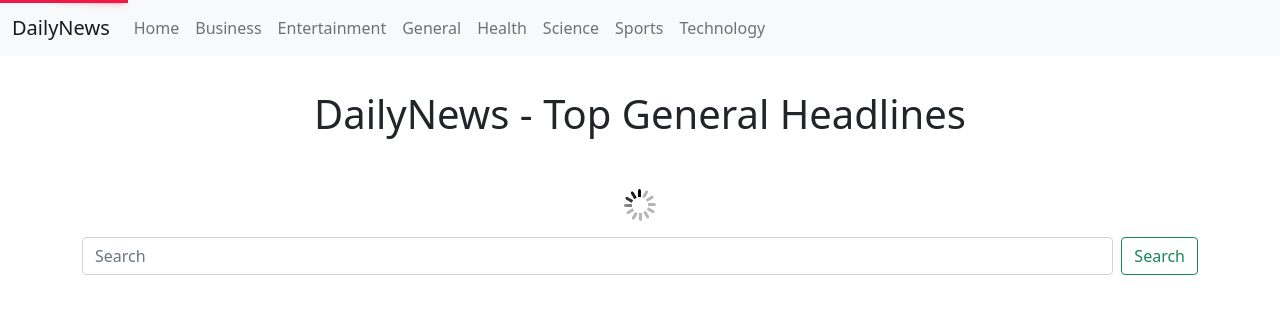
Repository: Bikki084/Daily_News
Page: /
These files come from the project's save history. The page is drawn as it stood at one moment and after a run of saves; the edit follows.
The browser window is 1280 px wide. The pictures show the whole page.
The page's requests for data from a server got no answer. The project was rebuilt for these pictures with package versions that can differ from the ones it lists, and the page was loaded fresh each time. No one was signed in, and anything a server would have sent is missing. Also part of the build but not shown: src/App.css, src/components/NewsItem.js.

Above is the page before, as saved 2021-12-22 23:07:35.

### public/index.html
<!DOCTYPE html>
<html lang="en">
  <head>
    <meta charset="utf-8" />
    <link rel="icon" href="%PUBLIC_URL%/favicon.ico" />
    <meta name="viewport" content="width=device-width, initial-scale=1" />
    <meta name="theme-color" content="#000000" />
    <meta
      name="description"
      content="DailyNews is a news app which can be used to grab quick daily news bites. If you are interested in news, weather, politics and sports news, newsmonkey is for you!"
    />
    <link rel="apple-touch-icon" href="%PUBLIC_URL%/logo192.png" />
    <!--
      manifest.json provides metadata used when your web app is installed on a
      user's mobile device or desktop. See https://developers.google.com/web/fundamentals/web-app-manifest/
    -->
    <link rel="manifest" href="%PUBLIC_URL%/manifest.json" />
    <link href="https://cdn.jsdelivr.net/npm/bootstrap@5.1.0/dist/css/bootstrap.min.css" rel="stylesheet" integrity="sha384-KyZXEAg3QhqLMpG8r+8fhAXLRk2vvoC2f3B09zVXn8CA5QIVfZOJ3BCsw2P0p/We" crossorigin="anonymous">
    <!--
      Notice the use of %PUBLIC_URL% in the tags above.
      It will be replaced with the URL of the `public` folder during the build.
      Only files inside the `public` folder can be referenced from the HTML.

      Unlike "/favicon.ico" or "favicon.ico", "%PUBLIC_URL%/favicon.ico" will
      work correctly both with client-side routing and a non-root public URL.
      Learn how to configure a non-root public URL by running `npm run build`.
    -->
    <title>DailyNews - Get your daily dose of news for free!</title>
  </head>
  <body>
    <noscript>You need to enable JavaScript to run this app.</noscript>
    <div id="root"></div>
    <!--
      This HTML file is a template.
      If you open it directly in the browser, you will see an empty page.

      You can add webfonts, meta tags, or analytics to this file.
      The build step will place the bundled scripts into the <body> tag.

      To begin the development, run `npm start` or `yarn start`.
      To create a production bundle, use `npm run build` or `yarn build`.
    -->
    <script src="https://cdn.jsdelivr.net/npm/@popperjs/core@2.9.3/dist/umd/popper.min.js" integrity="sha384-eMNCOe7tC1doHpGoWe/6oMVemdAVTMs2xqW4mwXrXsW0L84Iytr2wi5v2QjrP/xp" crossorigin="anonymous"></script>
    <script src="https://cdn.jsdelivr.net/npm/bootstrap@5.1.0/dist/js/bootstrap.min.js" integrity="sha384-cn7l7gDp0eyniUwwAZgrzD06kc/tftFf19TOAs2zVinnD/C7E91j9yyk5//jjpt/" crossorigin="anonymous"></script>
  </body>
</html>

### src/App.js
import './App.css';
import React, { useState } from 'react'
import NavBar from './components/NavBar';
import News from './components/News';
import {BrowserRouter as Router, Switch, Route} from "react-router-dom";
import LoadingBar from 'react-top-loading-bar'

const App = ()=> {
  const pageSize = 5;
  const apiKey = process.env.REACT_APP_NEWS_API
  const [progress, setProgress] = useState(0)

    return (
      <div>
        <Router>
        <NavBar/>

        <LoadingBar
        height={3}
        color='#f11946'
        progress={progress}
      />
        <Switch>
          <Route exact path="/"><News setProgress={setProgress} apiKey={apiKey} key="general" pageSize={pageSize} country="in" category="general"/></Route>
          <Route exact path="/business"><News setProgress={setProgress} apiKey={apiKey} key="business" pageSize={pageSize} country="in" category="business"/></Route>
          <Route exact path="/entertainment"><News setProgress={setProgress} apiKey={apiKey} key="entertainment" pageSize={pageSize} country="in" category="entertainment"/></Route>
          <Route exact path="/general"><News setProgress={setProgress} apiKey={apiKey} key="general" pageSize={pageSize} country="in" category="general"/></Route>
          <Route exact path="/health"><News setProgress={setProgress} apiKey={apiKey} key="health" pageSize={pageSize} country="in" category="health"/></Route>
          <Route exact path="/science"><News setProgress={setProgress} apiKey={apiKey} key="science" pageSize={pageSize} country="in" category="science"/></Route>
          <Route exact path="/sports"><News setProgress={setProgress} apiKey={apiKey} key="sports" pageSize={pageSize} country="in" category="sports"/></Route>
          <Route exact path="/technology"><News setProgress={setProgress} apiKey={apiKey} key="technology" pageSize={pageSize} country="in" category="technology"/></Route>
        </Switch>
        </Router>
      </div>
    )

}

export default App;

### src/components/NavBar.js
import React from 'react'
import { Link } from "react-router-dom";

const NavBar = () => {

    return (
        <div>
            <nav className="navbar fixed-top navbar-expand-lg navbar-light bg-light">
                <div className="container-fluid">
                    <Link className="navbar-brand" to="/">DailyNews</Link>
                    <button className="navbar-toggler" type="button" data-bs-toggle="collapse" data-bs-target="#navbarSupportedContent" aria-controls="navbarSupportedContent" aria-expanded="false" aria-label="Toggle navigation">
                        <span className="navbar-toggler-icon"></span>
                    </button>
                    <div className="collapse navbar-collapse" id="navbarSupportedContent">
                        <ul className="navbar-nav me-auto mb-2 mb-lg-0">
                            <li className="nav-item">
                                <Link className="nav-link" aria-current="page" to="/">Home</Link>
                            </li>
                            <li className="nav-item"><Link className="nav-link" to="/business">Business</Link></li>
                            <li className="nav-item"><Link className="nav-link" to="/entertainment">Entertainment</Link></li>
                            <li className="nav-item"><Link className="nav-link" to="/general">General</Link></li>
                            <li className="nav-item"><Link className="nav-link" to="/health">Health</Link></li>
                            <li className="nav-item"><Link className="nav-link" to="/science">Science</Link></li>
                            <li className="nav-item"><Link className="nav-link" to="/sports">Sports</Link></li>
                            <li className="nav-item"><Link className="nav-link" to="/technology">Technology</Link></li>
                        </ul>

                    </div>
                </div>
            </nav>
        </div>
    )

}

export default NavBar

### src/components/News.js
import React, {useEffect, useState} from 'react'
import SearchForm from './SearchForm'
import NewsItem from './NewsItem'
import Spinner from './Spinner';
import PropTypes from 'prop-types'
import InfiniteScroll from "react-infinite-scroll-component";

const News = (props)=>{
    const [articles, setArticles] = useState([])
    const [loading, setLoading] = useState(true)
    const [page, setPage] = useState(1)
    const [totalResults, setTotalResults] = useState(0)

    const capitalizeFirstLetter = (string) => {
        return string.charAt(0).toUpperCase() + string.slice(1);
    }

    const updateNews = async ()=> {
        props.setProgress(10);
        const url = `https://newsapi.org/v2/top-headlines?country=${props.country}&category=${props.category}&apiKey=${props.apiKey}&page=${page}&pageSize=${props.pageSize}`;
        setLoading(true)
        let data = await fetch(url);
        props.setProgress(30);
        let parsedData = await data.json()
        props.setProgress(70);
        setArticles(parsedData.articles)
        setTotalResults(parsedData.totalResults)
        setLoading(false)
        props.setProgress(100);
    }

    useEffect(() => {
        document.title = `${capitalizeFirstLetter(props.category)} - DailyNews`;
        updateNews();
        // eslint-disable-next-line
    }, [])


    const fetchMoreData = async () => {
        const url = `https://newsapi.org/v2/top-headlines?country=${props.country}&category=${props.category}&apiKey=${props.apiKey}&page=${page+1}&pageSize=${props.pageSize}`;
        setPage(page+1)
        let data = await fetch(url);
        let parsedData = await data.json()
        setArticles(articles.concat(parsedData.articles))
        setTotalResults(parsedData.totalResults)
      };

        return (
            <>
                <h1 className="text-center" style={{ margin: '35px 0px', marginTop: '90px' }}>DailyNews - Top {capitalizeFirstLetter(props.category)} Headlines</h1>
                {loading && <Spinner />}
                <InfiniteScroll
                    dataLength={articles.length}
                    next={fetchMoreData}
                    hasMore={articles.length !== totalResults}
                    loader={<Spinner/>}>
                    <div className="container">

                    <div className="row">
                        {articles.map((element) => {
                            return <div className="col-md-4" key={element.url}>
                                <NewsItem title={element.title ? element.title : ""} description={element.description ? element.description : ""} imageUrl={element.urlToImage} newsUrl={element.url} author={element.author} date={element.publishedAt} source={element.source.name} />
                            </div>
                        })}
                    <SearchForm/>
                    </div>
                    </div>
                </InfiniteScroll>
            </>
        )

}


News.defaultProps = {
    country: 'in',
    pageSize: 8,
    category: 'general',
}

News.propTypes = {
    country: PropTypes.string,
    pageSize: PropTypes.number,
    category: PropTypes.string,
}

export default News

### src/components/SearchForm.js
import React, { useState } from 'react'

export default function SearchForm() {

    const [Text, setText] = useState('')
    return (
        <div>
            <form class="d-flex">
                <input class="form-control me-2" type="search" placeholder="Search" aria-label="Search"/>
                    <button class="btn btn-outline-success" type="submit">Search</button>
            </form>
        </div>
    )
}

Loaded but not shown: src/index.js (common file); src/reportWebVitals.js (common file); src/components/Spinner.js (common file); src/index.css (no stored copy; drawn as an empty file)

After the next 3 saves:
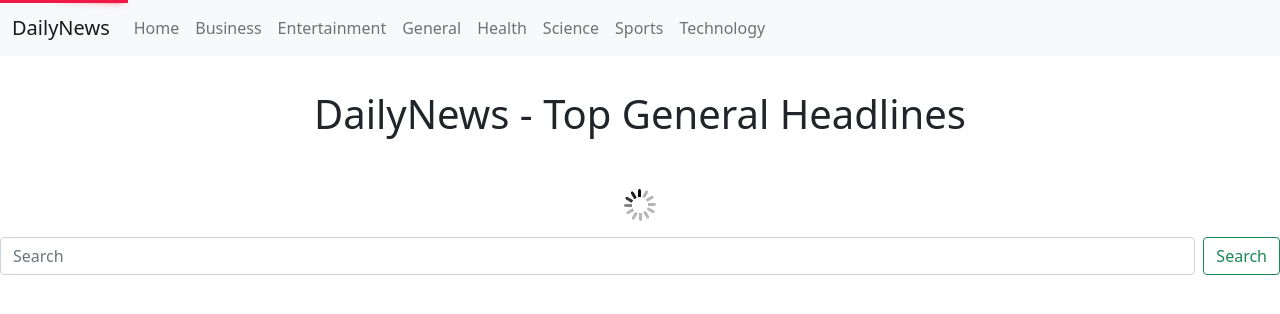
The 3 saves are shown as one change because they came seconds apart.
The last was saved 18 s later.
--- a/src/components/News.js
+++ b/src/components/News.js
@@ -62,9 +62,9 @@ const News = (props)=>{
                                 <NewsItem title={element.title ? element.title : ""} description={element.description ? element.description : ""} imageUrl={element.urlToImage} newsUrl={element.url} author={element.author} date={element.publishedAt} source={element.source.name} />
                             </div>
                         })}
-                    <SearchForm/>
                     </div>
                     </div>
+                        <SearchForm/>
                 </InfiniteScroll>
             </>
         )
